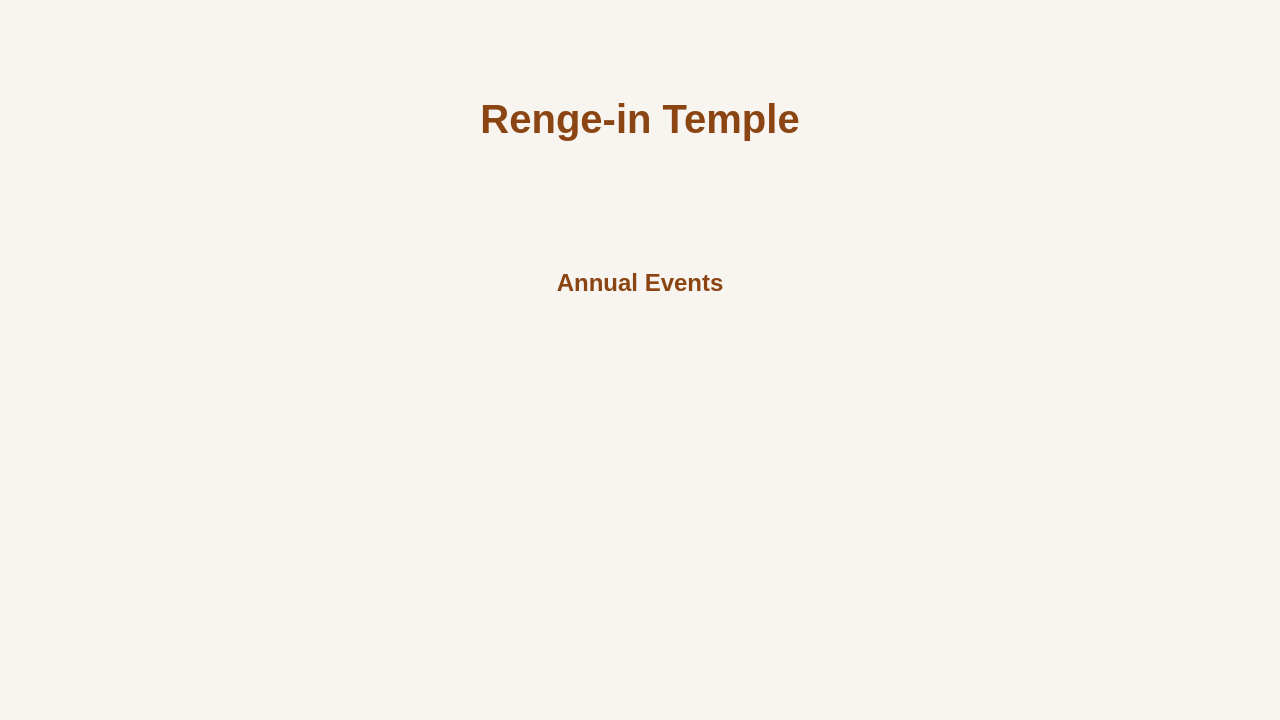
Repository: owl-onoueip/rengein-website
Page: index_en.html
An editor plug-in stored every save of this project. The page is shown before and after the next save, followed by the edit.
The browser window is 1280 px wide. The pictures show the whole page.

Above is the page before, as saved 2025-03-09 16:31:38.

### index_en.html
<!DOCTYPE html>
<html lang="en">

<head>
	<meta charset="UTF-8">
	<meta name="viewport" content="width=device-width, initial-scale=1.0">
	<title>Renge-in Temple</title>
	<style>
		body {
			font-family: Arial, sans-serif;
			margin: 0;
			padding: 0;
			background-color: #f8f5f0;
			color: #333;
		}

		.container {
			max-width: 1200px;
			margin: 0 auto;
			padding: 20px;
		}

		header {
			text-align: center;
			padding: 50px 0;
		}

		h1 {
			color: #8b4513;
			font-size: 2.5em;
		}

		.content {
			margin-top: 50px;
		}

		h2 {
			color: #8b4513;
			text-align: center;
			margin-bottom: 30px;
		}
	</style>
</head>

<body>
	<div class="container">
		<header>
			<h1>Renge-in Temple</h1>
		</header>

		<div class="content">
			<h2>Annual Events</h2>
			<!-- 年間行事のコンテンツはここに後で追加します -->
		</div>
	</div>
</body>

</html>

After the next save:
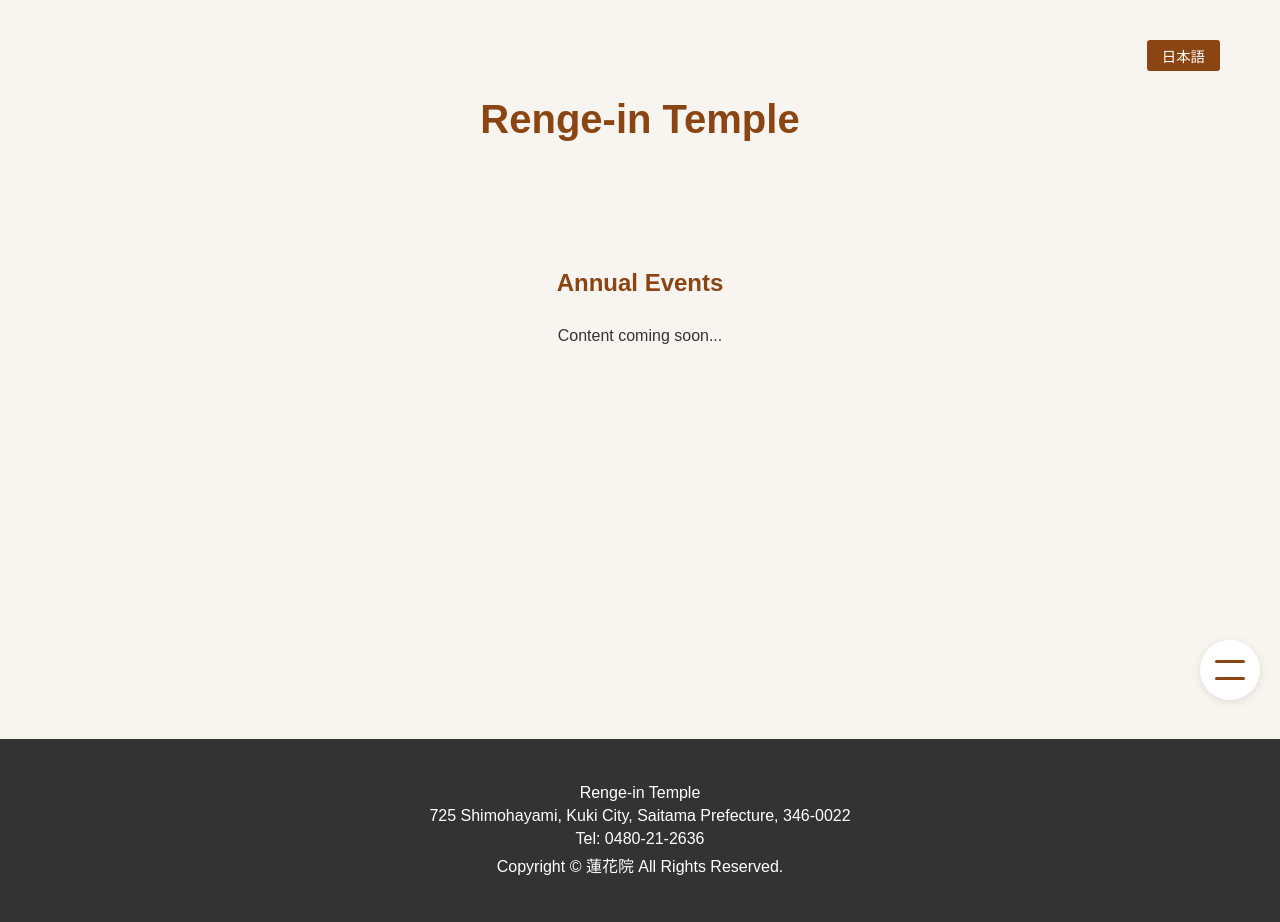
Saved 111 s later.
--- a/index_en.html
+++ b/index_en.html
@@ -23,6 +23,7 @@
 		header {
 			text-align: center;
 			padding: 50px 0;
+			position: relative;
 		}
 
 		h1 {
@@ -32,12 +33,88 @@
 
 		.content {
 			margin-top: 50px;
+			min-height: 400px;
 		}
 
 		h2 {
 			color: #8b4513;
 			text-align: center;
 			margin-bottom: 30px;
+		}
+
+		/* 言語切り替え */
+		.lang-switch {
+			position: absolute;
+			top: 20px;
+			right: 20px;
+		}
+
+		.lang-switch a {
+			display: inline-block;
+			padding: 5px 15px;
+			background: #8b4513;
+			color: #fff;
+			border-radius: 3px;
+			font-size: 0.9em;
+			text-decoration: none;
+		}
+
+		/* メニューボタン */
+		.menu-button {
+			position: fixed;
+			bottom: 20px;
+			right: 20px;
+			width: 60px;
+			height: 60px;
+			background: #fff;
+			border-radius: 50%;
+			box-shadow: 0 2px 10px rgba(0, 0, 0, 0.1);
+			z-index: 1000;
+			display: flex;
+			justify-content: center;
+			align-items: center;
+			text-decoration: none;
+		}
+
+		.menu-icon {
+			width: 30px;
+			height: 20px;
+			position: relative;
+		}
+
+		.menu-icon span {
+			display: block;
+			position: absolute;
+			height: 3px;
+			width: 100%;
+			background: #8b4513;
+			border-radius: 3px;
+		}
+
+		.menu-icon span:nth-child(1) {
+			top: 0;
+		}
+
+		.menu-icon span:nth-child(2) {
+			bottom: 0;
+		}
+
+		/* フッター */
+		footer {
+			background: #333;
+			color: #fff;
+			padding: 20px 0;
+			margin-top: 50px;
+			text-align: center;
+		}
+
+		footer p {
+			margin: 5px 0;
+		}
+
+		footer a {
+			color: #fff;
+			text-decoration: none;
 		}
 	</style>
 </head>
@@ -46,13 +123,35 @@
 	<div class="container">
 		<header>
 			<h1>Renge-in Temple</h1>
+			<div class="lang-switch">
+				<a href="index.html">日本語</a>
+			</div>
 		</header>
 
 		<div class="content">
 			<h2>Annual Events</h2>
 			<!-- 年間行事のコンテンツはここに後で追加します -->
+			<p style="text-align: center;">Content coming soon...</p>
 		</div>
 	</div>
+
+	<footer>
+		<div class="container">
+			<p>Renge-in Temple</p>
+			<p>725 Shimohayami, Kuki City, Saitama Prefecture, 346-0022</p>
+			<p>Tel: 0480-21-2636</p>
+			<p>Copyright &copy; <a href="index.html">蓮花院</a> All Rights Reserved.</p>
+		</div>
+	</footer>
+
+	<a href="menu.html" class="menu-button">
+		<div class="menu-icon">
+			<span></span>
+			<span></span>
+		</div>
+	</a>
 </body>
 
 </html>
+
+</html>
